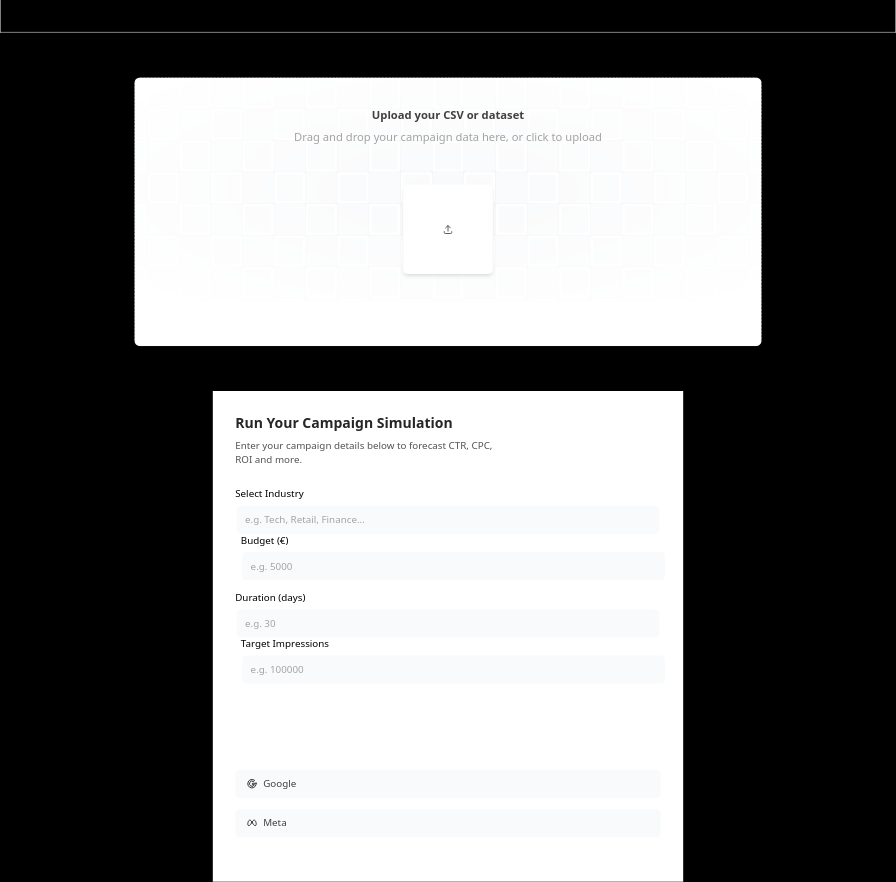
Repository: gaswiz/pythia-core
Page: / (app in frontend-v2/)
These files come from the project's save history. The page is drawn as it stood at one moment and after a run of saves; the edit follows.
The browser window is 1280 px wide. The pictures show the part of the page from y = 1431 to 3351 px (the page is 2691 px tall before and 3351 px after), at 70% of full size.
Some web libraries are served in a nearby version. The project was rebuilt for these pictures with package versions that can differ from the ones it lists, and the page was loaded fresh each time. Also part of the build but not shown: frontend-v2/vite.config.js, frontend-v2/src/components/ui/ForecastReport.tsx.

Above is the page before, as saved 2025-05-28 12:40:03.

### frontend-v2/index.html
<!DOCTYPE html>
<html lang="en">
  <head>
    <meta charset="UTF-8" />
    <meta name="viewport" content="width=device-width, initial-scale=1.0" />
    <title>P.Y.T.H.I.A.</title>
    <script src="https://cdn.tailwindcss.com"></script>
  </head>
  <body class="bg-gray-50 font-sans">
    <div id="root"></div>
    <script type="module" src="/src/main.jsx"></script>
  </body>
</html>

### frontend-v2/src/main.jsx
/*
  File: /src/main.jsx
  Description: Entry point that renders the main App component for P.Y.T.H.I.A.
*/

import React from 'react';
import ReactDOM from 'react-dom/client';
import App from './App.jsx';
import './index.css';

ReactDOM.createRoot(document.getElementById('root')).render(
  <React.StrictMode>
    <App />
  </React.StrictMode>
);

### frontend-v2/src/App.jsx
import React from "react";
import HeroSectionOne from "./components/ui/hero-section-demo-1";
import FileUploadDemo from "./components/ui/file-upload-demo";
import CampaignSimulationForm from "./components/ui/CampaignSimulationForm";

function App() {
  return (
    <div className="min-h-screen bg-black text-white space-y-16">
      <HeroSectionOne />
      <FileUploadDemo />
      <CampaignSimulationForm /> {/* new UI form */}
    </div>
  );
}

export default App;

### frontend-v2/src/index.css
/*
  File: /src/index.css
  Description: Tailwind base with dark theme default background
*/

@tailwind base;
@tailwind components;
@tailwind utilities;

/* Ensure full background black */
html, body {
  background-color: #000;
  color: white;
  min-height: 100%;
  margin: 0;
  padding: 0;
}


img {
  object-fit: contain;
  width: 64px;
  height: 64px;
  border-radius: 0.75rem;
  transition: transform 0.2s ease;
}

img:hover {
  transform: scale(1.1);
}

input, button, select, textarea {
  color: black;
  background-color: white;
  border-radius: 0.5rem;
  padding: 0.5rem;
}

/* Ensure all MUI Chart text renders in white */
.MuiChartsAxis-tickLabel,
.MuiChartsAxis-label,
.MuiChartsLegend-series,
.MuiChartsTooltip-root {
  fill: white !important;
  color: white !important;
}

.MuiChartsAxis-line,
.MuiChartsAxis-tick {
  stroke: white !important;
}

### frontend-v2/src/components/ui/hero-section-demo-1.tsx
/*
  File: /src/components/ui/hero-section-demo-1.tsx
  Description: Hero updated with ML-focused slogan, real links, and modal image
*/

"use client";

import { motion } from "framer-motion";

export default function HeroSectionOne() {
  return (
    <div className="relative mx-auto my-10 flex max-w-7xl flex-col items-center justify-center">
      <Navbar />
      <div className="absolute inset-y-0 left-0 h-full w-px bg-neutral-200/80 dark:bg-neutral-800/80">
        <div className="absolute top-0 h-40 w-px bg-gradient-to-b from-transparent via-purple-500 to-transparent" />
      </div>
      <div className="absolute inset-y-0 right-0 h-full w-px bg-neutral-200/80 dark:bg-neutral-800/80">
        <div className="absolute h-40 w-px bg-gradient-to-b from-transparent via-purple-500 to-transparent" />
      </div>
      <div className="absolute inset-x-0 bottom-0 h-px w-full bg-neutral-200/80 dark:bg-neutral-800/80">
        <div className="absolute mx-auto h-px w-40 bg-gradient-to-r from-transparent via-purple-500 to-transparent" />
      </div>
      <div className="px-4 py-10 md:py-20">
        <h1 className="relative z-10 mx-auto max-w-4xl text-center text-2xl font-bold text-slate-100 md:text-4xl lg:text-7xl dark:text-slate-300">
          {"Machine Learning Intelligence. Real Campaign Foresight.".split(" ").map((word, index) => (
            <motion.span
              key={index}
              initial={{ opacity: 0, filter: "blur(4px)", y: 10 }}
              animate={{ opacity: 1, filter: "blur(0px)", y: 0 }}
              transition={{ duration: 0.3, delay: index * 0.1, ease: "easeInOut" }}
              className="mr-2 inline-block"
            >
              {word}
            </motion.span>
          ))}
        </h1>
        <motion.p
          initial={{ opacity: 0 }}
          animate={{ opacity: 1 }}
          transition={{ duration: 0.3, delay: 0.8 }}
          className="relative z-10 mx-auto max-w-xl py-4 text-center text-lg font-normal text-neutral-400"
        >
          P.Y.T.H.I.A. — Predict Your Trends, Harnessing Intelligent Analytics. A predictive analytics platform designed to optimize advertising ROI before campaign launch.
        </motion.p>
        <motion.div
          initial={{ opacity: 0 }}
          animate={{ opacity: 1 }}
          transition={{ duration: 0.3, delay: 1 }}
          className="relative z-10 mt-8 flex flex-wrap items-center justify-center gap-4"
        >
          <a
            href="https://github.com/gaswiz/pythia-core"
            target="_blank"
            rel="noopener noreferrer"
            className="w-60 transform rounded-lg bg-purple-600 px-6 py-2 font-medium text-white text-center transition-all duration-300 hover:-translate-y-0.5 hover:bg-purple-700"
          >
            Try the Simulator
          </a>
          <a
            href="https://github.com/gaswiz/pythia-core/blob/main/README.md"
            target="_blank"
            rel="noopener noreferrer"
            className="w-60 transform rounded-lg border border-gray-300 bg-white px-6 py-2 font-medium text-black text-center transition-all duration-300 hover:-translate-y-0.5 hover:bg-gray-100 dark:border-gray-700 dark:bg-black dark:text-white dark:hover:bg-gray-900"
          >
            Learn More
          </a>
        </motion.div>
        <motion.div
          initial={{ opacity: 0, y: 10 }}
          animate={{ opacity: 1, y: 0 }}
          transition={{ duration: 0.3, delay: 1.2 }}
          className="relative z-10 mt-20 rounded-3xl border border-neutral-200 bg-neutral-100 p-4 shadow-md dark:border-neutral-800 dark:bg-neutral-900"
        >
          <div className="w-full overflow-hidden rounded-xl border border-gray-300 dark:border-gray-700">
            <img
              src="/kostas.jpg"
              alt="P.Y.T.H.I.A. preview"
              className="aspect-[16/9] h-auto w-full object-cover"
              height={1000}
              width={1000}
            />
          </div>
        </motion.div>
      </div>
    </div>
  );
}

const Navbar = () => {
  return (
    <nav className="flex w-full items-center justify-between border-t border-b border-neutral-200 px-4 py-4 dark:border-neutral-800">
      <div className="flex items-center gap-2">
        <div className="size-7 rounded-full bg-gradient-to-br from-purple-500 to-pink-500" />
        <h1 className="text-base font-bold md:text-2xl">P.Y.T.H.I.A.</h1>
      </div>
      <a
        href="https://github.com/gaswiz/pythia-core"
        target="_blank"
        rel="noopener noreferrer"
        className="w-24 transform rounded-lg bg-purple-600 px-6 py-2 font-medium text-white text-center transition-all duration-300 hover:-translate-y-0.5 hover:bg-purple-700 md:w-32"
      >
        GitHub
      </a>
    </nav>
  );
};

### frontend-v2/src/components/ui/file-upload-demo.tsx
// File: src/components/ui/file-upload-demo.tsx

"use client";

import React, { useState } from "react";
import { FileUpload } from "./file-upload"; // ✅ only one correct import

export default function FileUploadDemo() {
  const [files, setFiles] = useState<File[]>([]);

  const handleFileUpload = (files: File[]) => {
    setFiles(files);
    console.log("Uploaded files:", files);
  };

  return (
    <div className="w-full max-w-4xl mx-auto min-h-96 border border-dashed bg-white dark:bg-black border-neutral-200 dark:border-neutral-800 rounded-lg">
      <FileUpload onChange={handleFileUpload} />
    </div>
  );
}

### frontend-v2/src/components/ui/file-upload.tsx
// File: src/components/ui/file-upload.tsx

import React, { useRef, useState } from "react";
import { motion } from "framer-motion";
import { IconUpload } from "@tabler/icons-react";
import { useDropzone } from "react-dropzone";

const mainVariant = {
  initial: { x: 0, y: 0 },
  animate: { x: 20, y: -20, opacity: 0.9 },
};

export const FileUpload = ({
  onChange,
}: {
  onChange?: (files: File[]) => void;
}) => {
  const [files, setFiles] = useState<File[]>([]);
  const fileInputRef = useRef<HTMLInputElement>(null);

  const handleFileChange = (newFiles: File[]) => {
    setFiles((prev) => [...prev, ...newFiles]);
    onChange?.(newFiles);
  };

  const handleClick = () => fileInputRef.current?.click();

  const { getRootProps, getInputProps, isDragActive } = useDropzone({
    multiple: false,
    noClick: true,
    onDrop: handleFileChange,
    onDropRejected: (error) => console.log(error),
  });

  return (
    <div className="w-full" {...getRootProps()}>
      <motion.div
        onClick={handleClick}
        whileHover="animate"
        className="p-10 group/file block rounded-lg cursor-pointer w-full relative overflow-hidden"
      >
        <input
          ref={fileInputRef}
          id="file-upload-handle"
          type="file"
          onChange={(e) => handleFileChange(Array.from(e.target.files || []))}
          className="hidden"
        />
        <div className="absolute inset-0 [mask-image:radial-gradient(ellipse_at_center,white,transparent)]">
          <GridPattern />
        </div>
        <div className="flex flex-col items-center justify-center">

<p className="relative z-20 font-bold text-neutral-700 dark:text-neutral-300">
  Upload your CSV or dataset
</p>
<p className="relative z-20 text-neutral-400 mt-2">
  Drag and drop your campaign data here, or click to upload
</p>
          <div className="relative w-full mt-10 max-w-xl mx-auto">
            {files.length > 0 ? (
              files.map((file, idx) => (
                <motion.div
                  key={"file" + idx}
                  layoutId={idx === 0 ? "file-upload" : "file-upload-" + idx}
                  className="relative z-40 bg-white dark:bg-neutral-900 flex flex-col items-start justify-start md:h-24 p-4 mt-4 w-full mx-auto rounded-md shadow-sm"
                >
                  <div className="flex justify-between w-full items-center gap-4">
                    <motion.p className="text-base text-neutral-700 dark:text-neutral-300 truncate max-w-xs">
                      {file.name}
                    </motion.p>
                    <motion.p className="rounded-lg px-2 py-1 text-sm dark:bg-neutral-800 dark:text-white">
                      {(file.size / (1024 * 1024)).toFixed(2)} MB
                    </motion.p>
                  </div>
                  <div className="flex text-sm md:flex-row flex-col items-start md:items-center w-full mt-2 justify-between text-neutral-600 dark:text-neutral-400">
                    <motion.p className="px-1 py-0.5 rounded-md bg-gray-100 dark:bg-neutral-800">
                      {file.type}
                    </motion.p>
                    <motion.p>
                      modified {new Date(file.lastModified).toLocaleDateString()}
                    </motion.p>
                  </div>
                </motion.div>
              ))
            ) : (
              <motion.div
                layoutId="file-upload"
                variants={mainVariant}
                transition={{ type: "spring", stiffness: 300, damping: 20 }}
                className="relative group-hover/file:shadow-2xl z-40 bg-white dark:bg-neutral-900 flex items-center justify-center h-32 mt-4 w-full max-w-[8rem] mx-auto rounded-md shadow-md"
              >
                {isDragActive ? (
                  <motion.p className="text-neutral-600 flex flex-col items-center">
                    Drop it
                    <IconUpload className="h-4 w-4 text-neutral-600 dark:text-neutral-400" />
                  </motion.p>
                ) : (
                  <IconUpload className="h-4 w-4 text-neutral-600 dark:text-neutral-300" />
                )}
              </motion.div>
            )}
          </div>
        </div>
      </motion.div>
    </div>
  );
};

export function GridPattern() {
  const columns = 41;
  const rows = 11;
  return (
    <div className="flex bg-gray-100 dark:bg-neutral-900 shrink-0 flex-wrap justify-center items-center gap-x-px gap-y-px scale-105">
      {Array.from({ length: rows }).map((_, row) =>
        Array.from({ length: columns }).map((_, col) => {
          const index = row * columns + col;
          return (
            <div
              key={`${col}-${row}`}
              className={`w-10 h-10 flex shrink-0 rounded-[2px] ${
                index % 2 === 0
                  ? "bg-gray-50 dark:bg-neutral-950"
                  : "bg-gray-50 dark:bg-neutral-950 shadow-[0px_0px_1px_3px_rgba(255,255,255,1)_inset] dark:shadow-[0px_0px_1px_3px_rgba(0,0,0,1)_inset]"
              }`}
            />
          );
        })
      )}
    </div>
  );
}

### frontend-v2/src/components/ui/label.tsx
"use client";
import * as React from "react";
import * as LabelPrimitive from "@radix-ui/react-label";
import { cn } from "../../lib/utils";

const Label = React.forwardRef<
  React.ElementRef<typeof LabelPrimitive.Root>,
  React.ComponentPropsWithoutRef<typeof LabelPrimitive.Root>
>(({ className, ...props }, ref) => (
  <LabelPrimitive.Root
    ref={ref}
    className={cn(
      "text-sm font-medium text-black dark:text-white leading-none peer-disabled:cursor-not-allowed peer-disabled:opacity-70",
      className
    )}
    {...props}
  />
));

Label.displayName = LabelPrimitive.Root.displayName;

export { Label };

### frontend-v2/src/components/ui/input.tsx
"use client";
import * as React from "react";
import { cn } from "../../lib/utils";

import { useMotionTemplate, useMotionValue, motion } from "framer-motion";

export interface InputProps extends React.InputHTMLAttributes<HTMLInputElement> {}

const Input = React.forwardRef<HTMLInputElement, InputProps>(({ className, type, ...props }, ref) => {
  const radius = 100;
  const [visible, setVisible] = React.useState(false);
  let mouseX = useMotionValue(0);
  let mouseY = useMotionValue(0);

  function handleMouseMove({ currentTarget, clientX, clientY }: any) {
    let { left, top } = currentTarget.getBoundingClientRect();
    mouseX.set(clientX - left);
    mouseY.set(clientY - top);
  }

  return (
    <motion.div
      style={{
        background: useMotionTemplate`
          radial-gradient(
            ${visible ? radius + "px" : "0px"} circle at ${mouseX}px ${mouseY}px,
            #3b82f6,
            transparent 80%
          )`
      }}
      onMouseMove={handleMouseMove}
      onMouseEnter={() => setVisible(true)}
      onMouseLeave={() => setVisible(false)}
      className="group/input rounded-lg p-[2px] transition duration-300"
    >
      <input
        type={type}
        className={cn(
          "shadow-input dark:placeholder-text-neutral-600 flex h-10 w-full rounded-md border-none bg-gray-50 px-3 py-2 text-sm text-black transition duration-400 group-hover/input:shadow-none file:border-0 file:bg-transparent file:text-sm file:font-medium placeholder:text-neutral-400 focus-visible:ring-[2px] focus-visible:ring-neutral-400 focus-visible:outline-none disabled:cursor-not-allowed disabled:opacity-50 dark:bg-zinc-800 dark:text-white dark:shadow-[0px_0px_1px_1px_#404040] dark:focus-visible:ring-neutral-600",
          className
        )}
        ref={ref}
        {...props}
      />
    </motion.div>
  );
});

Input.displayName = "Input";

export { Input };

### frontend-v2/src/lib/utils.ts
export function cn(...classes: (string | false | null | undefined)[]): string {
  return classes.filter(Boolean).join(" ");
}

### frontend-v2/src/components/ui/Footer.tsx
"use client";

import React from "react";

export default function Footer() {
  return (
    <footer className="bg-gradient-to-r from-[#0f172a] via-[#1e293b] to-[#0f172a] text-white">
      <div className="max-w-screen-xl px-4 py-16 mx-auto sm:px-6 lg:px-8">
        <div className="grid grid-cols-1 gap-8 lg:grid-cols-3">
          <div>
            <h2 className="text-xl font-semibold tracking-tight">P.Y.T.H.I.A.</h2>
            <p className="max-w-xs mt-4 text-sm text-gray-400">
              Predict Your Trends, Harnessing Intelligent Analytics — an open initiative by Konstantinos Panagiotaropoulos.
            </p>
            <div className="flex mt-6 space-x-4">
              <a
                className="hover:opacity-75"
                href="https://github.com/gaswiz"
                target="_blank"
                rel="noreferrer"
              >
                <svg
                  className="w-6 h-6"
                  fill="currentColor"
                  viewBox="0 0 24 24"
                  aria-hidden="true"
                >
                  <path
                    fillRule="evenodd"
                    d="M12 2C6.477 2 2 6.484 2 12.017c0 4.425 2.865 8.18 6.839 9.504.5.092.682-.217.682-.483
                      0-.237-.008-.868-.013-1.703-2.782.605-3.369-1.343-3.369-1.343-.454-1.158-1.11-1.466-1.11-1.466-.908-.62.069-.608.069-.608
                      1.003.07 1.531 1.032 1.531 1.032.892 1.53 2.341 1.088 2.91.832.092-.647.35-1.088.636-1.338
                      -2.22-.253-4.555-1.113-4.555-4.951 0-1.093.39-1.988 1.029-2.688-.103-.253-.446-1.272.098-2.65
                      0 0 .84-.27 2.75 1.026A9.564 9.564 0 0112 6.844c.85.004 1.705.115 2.504.337
                      1.909-1.296 2.747-1.027 2.747-1.027.546 1.379.202 2.398.1 2.651.64.7 1.028 1.595 1.028 2.688
                      0 3.848-2.339 4.695-4.566 4.943.359.309.678.92.678 1.855 0 1.338-.012 2.419-.012 2.747
                      0 .268.18.58.688.482A10.019 10.019 0 0022 12.017C22 6.484 17.522 2 12 2z"
                    clipRule="evenodd"
                  />
                </svg>
              </a>
              <a
                className="hover:opacity-75"
                href="https://twitter.com/gaswiz"
                target="_blank"
                rel="noreferrer"
              >
                <svg
                  className="w-6 h-6"
                  fill="currentColor"
                  viewBox="0 0 24 24"
                  aria-hidden="true"
                >
                  <path d="M8.29 20.251c7.547 0 11.675-6.253..." />
                </svg>
              </a>
            </div>
          </div>

          <div className="grid grid-cols-2 gap-8 lg:col-span-2 sm:grid-cols-3 lg:grid-cols-4">
            <div>
              <p className="font-medium text-white">Project</p>
              <nav className="flex flex-col mt-4 space-y-2 text-sm text-gray-400">
                <a href="#">About</a>
                <a href="https://github.com/gaswiz/pythia">GitHub</a>
                <a href="#">Documentation</a>
              </nav>
            </div>
            <div>
              <p className="font-medium text-white">Resources</p>
              <nav className="flex flex-col mt-4 space-y-2 text-sm text-gray-400">
                <a href="#">Research</a>
                <a href="#">Papers</a>
                <a href="#">Open Source</a>
              </nav>
            </div>
            <div>
              <p className="font-medium text-white">Contact</p>
              <nav className="flex flex-col mt-4 space-y-2 text-sm text-gray-400">
                <a href="mailto:konstantinos@pandectes.io">Email</a>
                <a href="#">LinkedIn</a>
              </nav>
            </div>
          </div>
        </div>
        <p className="mt-8 text-xs text-gray-500">
          © {new Date().getFullYear()} Konstantinos Panagiotaropoulos — All rights reserved.
        </p>
      </div>
    </footer>

Loaded but not shown: frontend-v2/src/components/ui/CampaignSimulationForm.tsx (151 lines, source omitted)

After the next 3 saves:
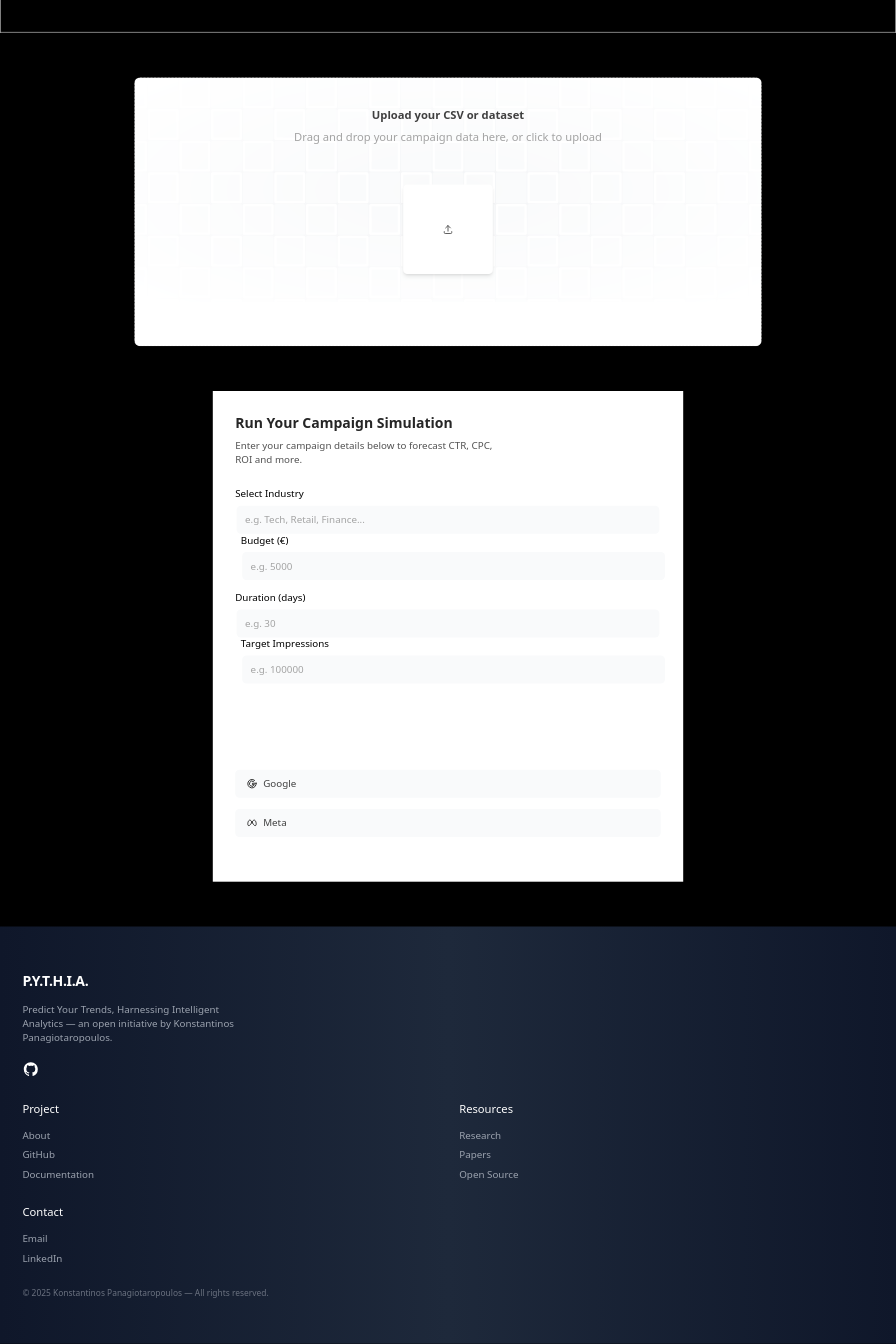
The 3 saves are shown as one change because 2 did not build or start.
The last was saved 51 s later.
--- a/frontend-v2/src/App.jsx
+++ b/frontend-v2/src/App.jsx
@@ -2,6 +2,7 @@
 import HeroSectionOne from "./components/ui/hero-section-demo-1";
 import FileUploadDemo from "./components/ui/file-upload-demo";
 import CampaignSimulationForm from "./components/ui/CampaignSimulationForm";
+import Footer from "@/components/ui/Footer";
 
 function App() {
   return (
@@ -9,6 +10,7 @@
       <HeroSectionOne />
       <FileUploadDemo />
       <CampaignSimulationForm /> {/* new UI form */}
+       <Footer />
     </div>
   );
 }
--- a/frontend-v2/src/components/ui/Footer.tsx
+++ b/frontend-v2/src/components/ui/Footer.tsx
@@ -88,3 +88,5 @@
         </p>
       </div>
     </footer>
+  );
+}
